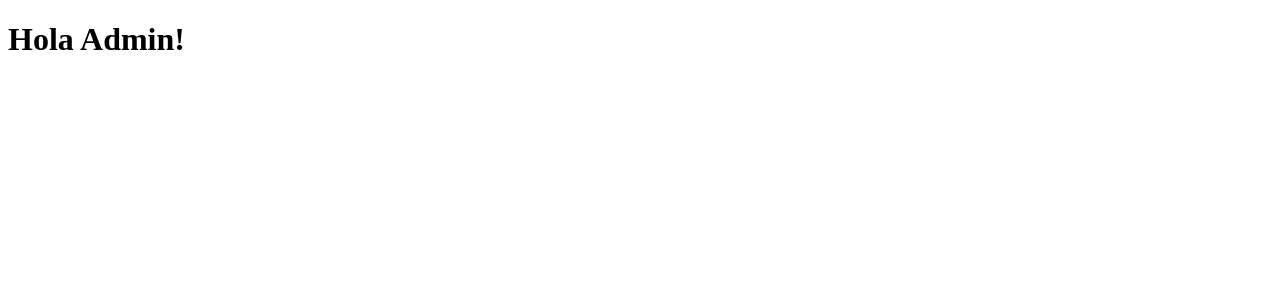
Repository: nachmz42/ProyectoJoker
Page: http://localhost/Joker/admin.jsp
The author's editor kept a copy of each file at every save. The page is drawn from the files as they stood at one save, then again after the next save.
The browser window is 1280 px wide. The pictures show the whole page.
The page is served by Tomcat 9. Other server files are loaded and not shown.

Above is the page before, as saved 2021-07-01 13:59:35.

### Joker/src/main/webapp/admin.jsp
<%@ page language="java" contentType="text/html; charset=ISO-8859-1"
    pageEncoding="ISO-8859-1"%>
<!DOCTYPE html>
<html>
<head>
<meta charset="ISO-8859-1">
<title>Insert title here</title>
</head>
<body>
<h1>Hola Admin!</h1>

</body>
</html>

After the next save:
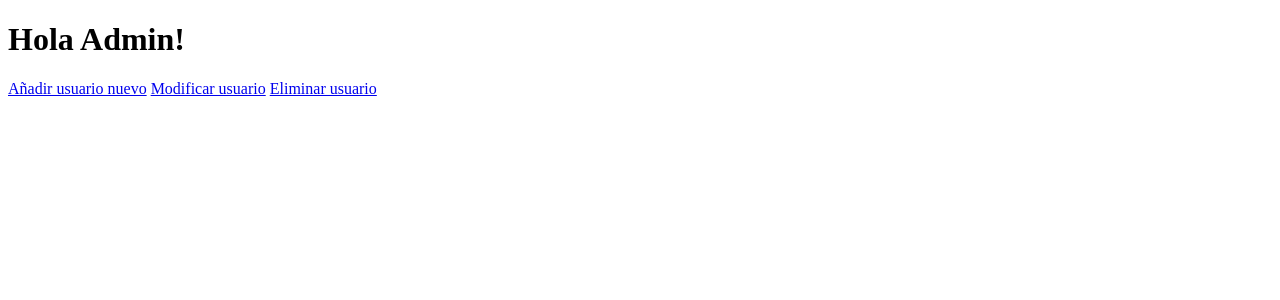
Saved 32 s later.
--- a/Joker/src/main/webapp/admin.jsp
+++ b/Joker/src/main/webapp/admin.jsp
@@ -9,5 +9,11 @@
 <body>
 <h1>Hola Admin!</h1>
 
+<a href="añadirusuario.jsp">Añadir usuario nuevo</a>
+<a href="modificarusuario.jsp">Modificar usuario</a>
+<a href="eliminarusuario.jsp">Eliminar usuario</a>
+
+
+
 </body>
 </html>
